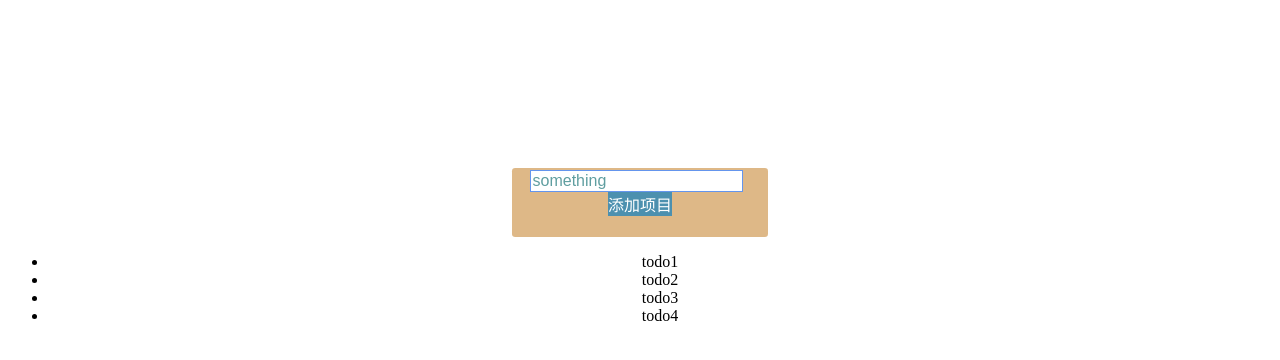
Repository: ArtemisWang/todolistProject
Page: /
An editor plug-in stored every save of this project. The page is shown before and after the next save, followed by the edit.
The browser window is 1280 px wide. The pictures show the whole page.
The project was rebuilt for these pictures with package versions that can differ from the ones it lists, and the page was loaded fresh each time.

Above is the page before, as saved 2020-02-28 21:47:13.

### src/App.js
import React,{useState} from 'react';
import './App.css'
const App=function(){

    const [list, setList]=useState(['todo1','todo2','todo3','todo4'])
    const [content, setContent]=useState('something')

    function addItem(){
        setList([...list,content])
        setContent('')
    }

    function changeContent(e){
        setContent(e.target.value)
        return content
    }

    function deleteItem(i){
        setList(list.filter((x,index)=>index!==i))
    }

    return (
    <div className='app'>
        <div className='input'>
            <input onChange={changeContent} value={content} className='input-text'/>
            <button onClick={addItem} className='button'>添加项目</button>
        </div>
        <div className='u-list'>
            <ul>
                {list.map((it,i)=>(<li key={it+i} onClick={deleteItem.bind(this,i)}>{it}</li>))}
            </ul>
        </div>
    </div>)
}




export default App

### src/App.css
.app{
    text-align: center;
    padding-top: 10rem;
}

.input{
    display: block;
    background-color: burlywood;
    width: 16rem;
    margin-left:auto;
    margin-right:auto;
    padding-top: 0.1rem;
    padding-bottom: 0.2rem;
    border-radius: .2rem;
    height: 4rem;
}

.input-text{
    color: cadetblue;
    border: cornflowerblue solid 1px;
    display: inline-flex;
    margin-right: .5rem;
    font-size: 1rem;
}

.button {
    background-color: rgb(76, 144, 175); /* Green */
    border: none;
    color: white;
    padding: 0;
    text-align: center;
    text-decoration: none;
    display: inline-flex;
    font-size: 1rem;
}

Loaded but not shown: public/index.html (common file); src/index.js (common file)

After the next save:
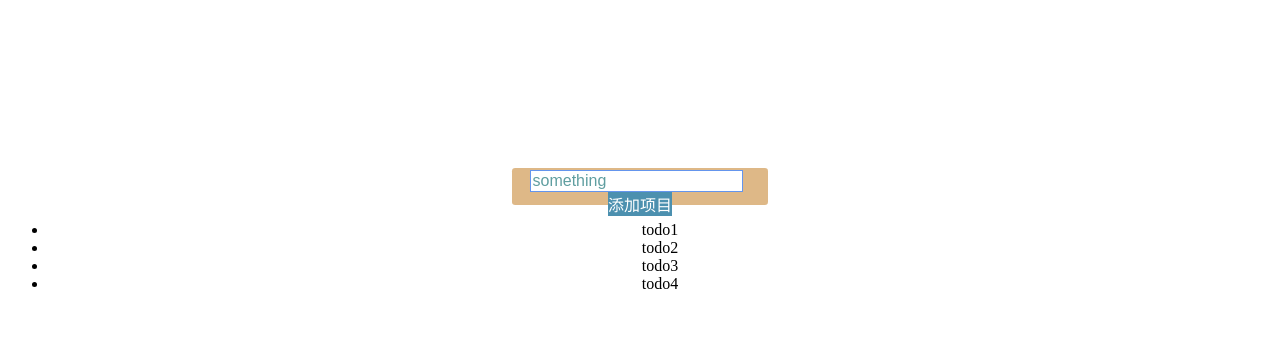
Saved 4 s later.
--- a/src/App.css
+++ b/src/App.css
@@ -12,7 +12,7 @@
     padding-top: 0.1rem;
     padding-bottom: 0.2rem;
     border-radius: .2rem;
-    height: 4rem;
+    height: 2rem;
 }
 
 .input-text{
